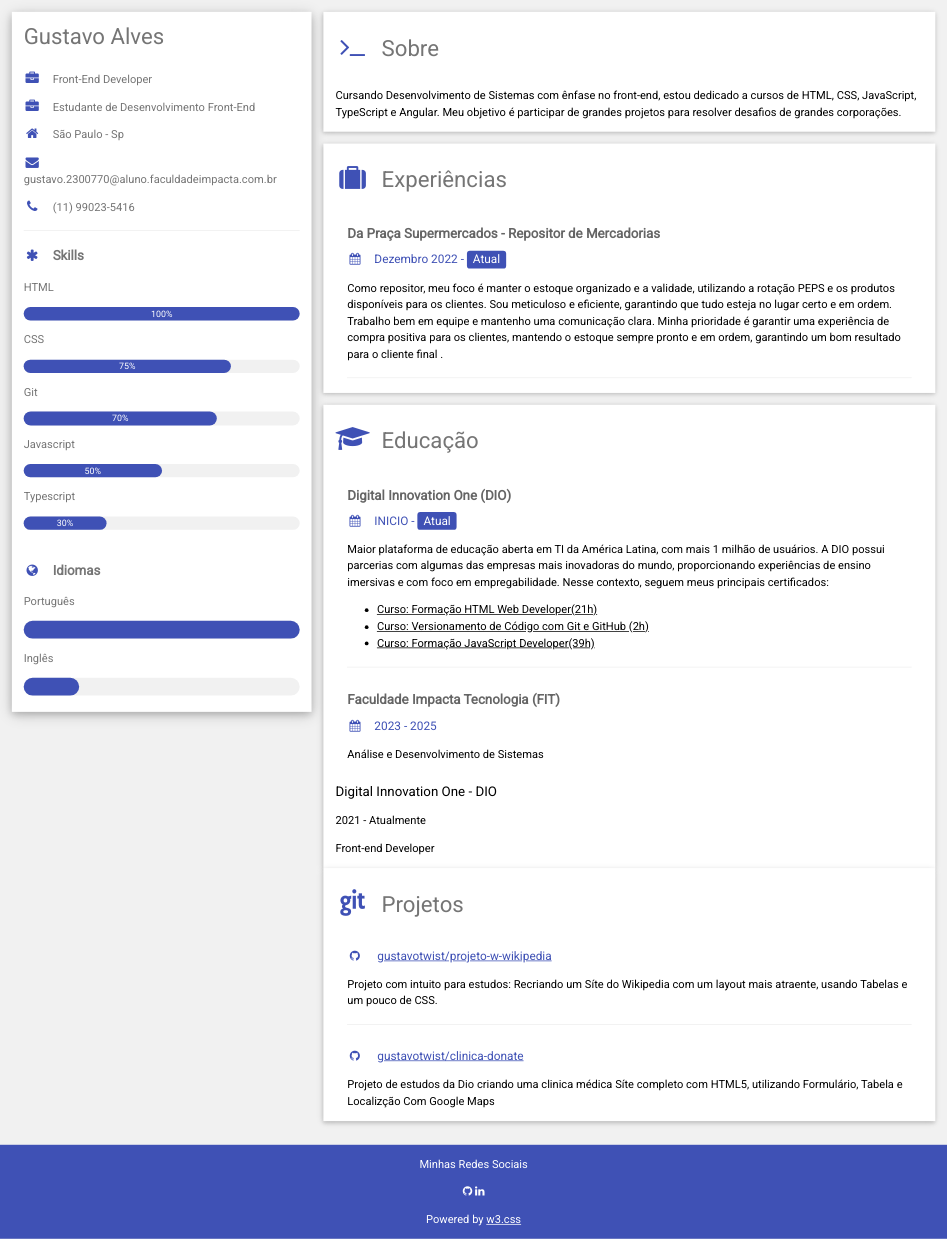
Repository: gustavotwist/cv
Page: index.html
An editor plug-in stored every save of this project. The page is shown before and after the next save, followed by the edit.
The browser window is 1280 px wide. The pictures show the whole page, at 74% of full size.

Above is the page before, as saved 2024-06-19 22:07:35.

### index.html
<!DOCTYPE html>
<!-- @falvojr: Reference article https://www.w3schools.com/howto/howto_website_create_resume.asp -->
<!-- @falvojr: Useful link to use fontawesome (fa) icons: https://fontawesome.com/v4/icons/ -->
<html lang="pt-BR">

  <head>
    <title>Gustavo Alves</title>

    <meta http-equiv="Content-Type" content="text/html; charset=UTF-8">
    <meta name="viewport" content="width=device-width, initial-scale=1">

    <link rel="stylesheet" href="https://www.w3schools.com/w3css/4/w3.css">
    <link rel='stylesheet' href='https://fonts.googleapis.com/css?family=Roboto'>
    <link rel="stylesheet" href="https://cdnjs.cloudflare.com/ajax/libs/font-awesome/4.7.0/css/font-awesome.min.css">

    <style>
      html,body,h1,h2,h3,h4,h5,h6 {font-family: "Roboto", sans-serif}
    </style>

  </head>

  <body class="w3-light-grey" cz-shortcut-listen="true">

    <!-- Page Container -->
    <div class="w3-content w3-margin-top" style="max-width:1400px;">

      <!-- The Grid -->
      <div class="w3-row-padding">

        <!-- Left Column -->
        <div class="w3-third">

          <div class="w3-white w3-text-grey w3-card-4">
            <!-- @falvojr: This container has been modified to not use a profile picture. -->
            <div class="w3-container">
              <h2>Gustavo Alves</h2>
            </div>
            <div class="w3-container">
              <p><i class="fa fa-briefcase fa-fw w3-margin-right w3-large w3-text-indigo"></i>Front-End Developer</p>
              <p><i class="fa fa-briefcase fa-fw w3-margin-right w3-large w3-text-indigo"></i>Estudante de Desenvolvimento Front-End</p>
              <p><i class="fa fa-home fa-fw w3-margin-right w3-large w3-text-indigo"></i>São Paulo - Sp</p>
              <p><i class="fa fa-envelope fa-fw w3-margin-right w3-large w3-text-indigo"></i>gustavo.2300770@aluno.faculdadeimpacta.com.br</p>
              <p><i class="fa fa-phone fa-fw w3-margin-right w3-large w3-text-indigo"></i>(11) 99023-5416</p>
              <hr>

              <p class="w3-large">
                <b><i class="fa fa-asterisk fa-fw w3-margin-right w3-text-indigo"></i>Skills</b>
              </p>
              <p>HTML</p>
              <div class="w3-light-grey w3-round-xlarge w3-small">
                <div class="w3-container w3-center w3-round-xlarge w3-indigo" style="width:100%">100%</div>
              </div>
              <p>CSS</p>
              <div class="w3-light-grey w3-round-xlarge w3-small">
                <div class="w3-container w3-center w3-round-xlarge w3-indigo" style="width:75%">75%</div>
              </div>
              <p>Git</p>
              <div class="w3-light-grey w3-round-xlarge w3-small">
                <div class="w3-container w3-center w3-round-xlarge w3-indigo" style="width:70%">70%</div>
              </div>
              <p>Javascript</p>
              <div class="w3-light-grey w3-round-xlarge w3-small">
                <div class="w3-container w3-center w3-round-xlarge w3-indigo" style="width:50%">50%</div>
              </div>
              <p>Typescript</p>
              <div class="w3-light-grey w3-round-xlarge w3-small">
                <div class="w3-container w3-center w3-round-xlarge w3-indigo" style="width:30%">30%</div>
              </div>
              <br>
              <p class="w3-large w3-text-theme">
                <b><i class="fa fa-globe fa-fw w3-margin-right w3-text-indigo"></i>Idiomas</b>
              </p>
              <p>Português</p>
              <div class="w3-light-grey w3-round-xlarge">
                <div class="w3-round-xlarge w3-indigo" style="height:24px;width:100%"></div>
              </div>
              <p>Inglês</p>
              <div class="w3-light-grey w3-round-xlarge">
                <div class="w3-round-xlarge w3-indigo" style="height:24px;width:20%"></div>
              </div>
              <br>
            </div>
          </div><br>

          <!-- End Left Column -->
        </div>

        <!-- Right Column -->
        <div class="w3-twothird">

          <div class="w3-container w3-card w3-white w3-margin-bottom">
            <h2 class="w3-text-grey w3-padding-16"><i class="fa fa-terminal fa-fw w3-margin-right w3-xxlarge w3-text-indigo"></i>Sobre</h2>
            <p>Cursando Desenvolvimento de Sistemas com ênfase no front-end, estou dedicado a cursos de HTML, CSS, JavaScript, TypeScript e Angular. Meu objetivo é participar de grandes projetos para resolver desafios de grandes corporações.</p>
          </div>

          <div class="w3-container w3-card w3-white w3-margin-bottom">
            <h2 class="w3-text-grey w3-padding-16">
              <i class="fa fa-suitcase fa-fw w3-margin-right w3-xxlarge w3-text-indigo"></i>Experiências
            </h2>
            <div class="w3-container">
              <h5 class="w3-opacity"><b>Da Praça Supermercados - Repositor de Mercadorias</b></h5>
              <h6 class="w3-text-indigo"><i class="fa fa-calendar fa-fw w3-margin-right"></i>Dezembro 2022 - <span class="w3-tag w3-indigo w3-round">Atual</span></h6>
              <p>Como repositor, meu foco é manter o estoque organizado e a validade, utilizando a rotação PEPS e os produtos disponíveis para os clientes. Sou meticuloso e eficiente, garantindo que tudo esteja no lugar certo e em ordem. Trabalho bem em equipe e mantenho uma comunicação clara. Minha prioridade é garantir uma experiência de compra positiva para os clientes, mantendo o estoque sempre pronto e em ordem, garantindo um bom resultado para o cliente final .</p>
              <hr>
            </div>
          </div>

          <div class="w3-container w3-card w3-white">
            <h2 class="w3-text-grey w3-padding-16">
              <i class="fa fa-graduation-cap fa-fw w3-margin-right w3-xxlarge w3-text-indigo"></i>Educação
            </h2>
            <div class="w3-container">
              <h5 class="w3-opacity"><b>Digital Innovation One (DIO)</b></h5>
              <h6 class="w3-text-indigo"><i class="fa fa-calendar fa-fw w3-margin-right"></i>INICIO - <span class="w3-tag w3-indigo w3-round">Atual</span></h6>
              <p>
                Maior plataforma de educação aberta em TI da América Latina, com mais 1 milhão de usuários.
                A DIO possui parcerias com algumas das empresas mais inovadoras do mundo, proporcionando experiências
                de ensino imersivas e com foco em empregabilidade. Nesse contexto, seguem meus principais certificados:
              </p>
              <ul>
                <li><a href="https://www.dio.me/certificate/VDSNYTO5" target="_blank">Curso: Formação HTML Web Developer(21h)</a></li>
                <li><a href="https://www.dio.me/certificate/EA66CA6A" target="_blank">Curso: Versionamento de Código com Git e GitHub (2h)</a></li>
                <li><a href="https://www.dio.me/certificate/OST0WIWG" target="_blank">Curso: Formação JavaScript Developer(39h)</a></li>
              </ul>
              <hr>
            </div>
            <div class="w3-container">
              <h5 class="w3-opacity"><b>Faculdade Impacta Tecnologia (FIT)</b></h5>
              <h6 class="w3-text-indigo"><i class="fa fa-calendar fa-fw w3-margin-right"></i>2023 - 2025</h6>
              <p>Análise e Desenvolvimento de Sistemas</p>
            </div>
            <div>
              <h5 class="title school">Digital Innovation One - DIO</h5>
              <p class="period">2021 - Atualmente</p>
              <p>Front-end Developer</p>

            </div>
          </div>

          <div class="w3-container w3-card w3-white w3-margin-bottom">
            <h2 class="w3-text-grey w3-padding-16">
              <i class="fa fa-git fa-fw w3-margin-right w3-xxlarge w3-text-indigo"></i>Projetos
            </h2>
            <div class="w3-container">
              <h6 class="w3-text-indigo">
                <i class="fa fa-github fa-fw w3-margin-right"></i>
                <a href="https://github.com/gustavotwist/projeto-w-wikipedia" target="_blank">gustavotwist/projeto-w-wikipedia</a>
              </h6>
              <p>Projeto com intuito para estudos: Recriando um Síte do Wikipedia com um layout mais atraente, usando Tabelas e um pouco de CSS.</p>
              <hr>
            </div>
            <div class="w3-container">
              <h6 class="w3-text-indigo">
                <i class="fa fa-github fa-fw w3-margin-right"></i>
                <a href="https://github.com/gustavotwist/clinica-donate" target="_blank">gustavotwist/clinica-donate</a>
              </h6>
              <p>Projeto de estudos da Dio criando uma clinica médica Síte completo com HTML5, utilizando Formulário, Tabela e Localizção Com Google Maps</p>
            </div>
          </div>

          <!-- End Right Column -->
        </div>

        <!-- End Grid -->
      </div>

      <!-- End Page Container -->
    </div>

    <footer class="w3-container w3-indigo w3-center w3-margin-top">
      <p>Minhas Redes Sociais</p>
      <a href="https://github.com/gustavotwist" target="_blank"><i class="fa fa-github w3-hover-opacity"></i></a>
      <a href="https://www.linkedin.com/in/gustavoalves7/" target="_blank"><i class="fa fa-linkedin w3-hover-opacity"></i></a>
      <p>Powered by <a href="https://www.w3schools.com/w3css/default.asp" target="_blank">w3.css</a></p>
    </footer>

  </body>

</html>

After the next save:
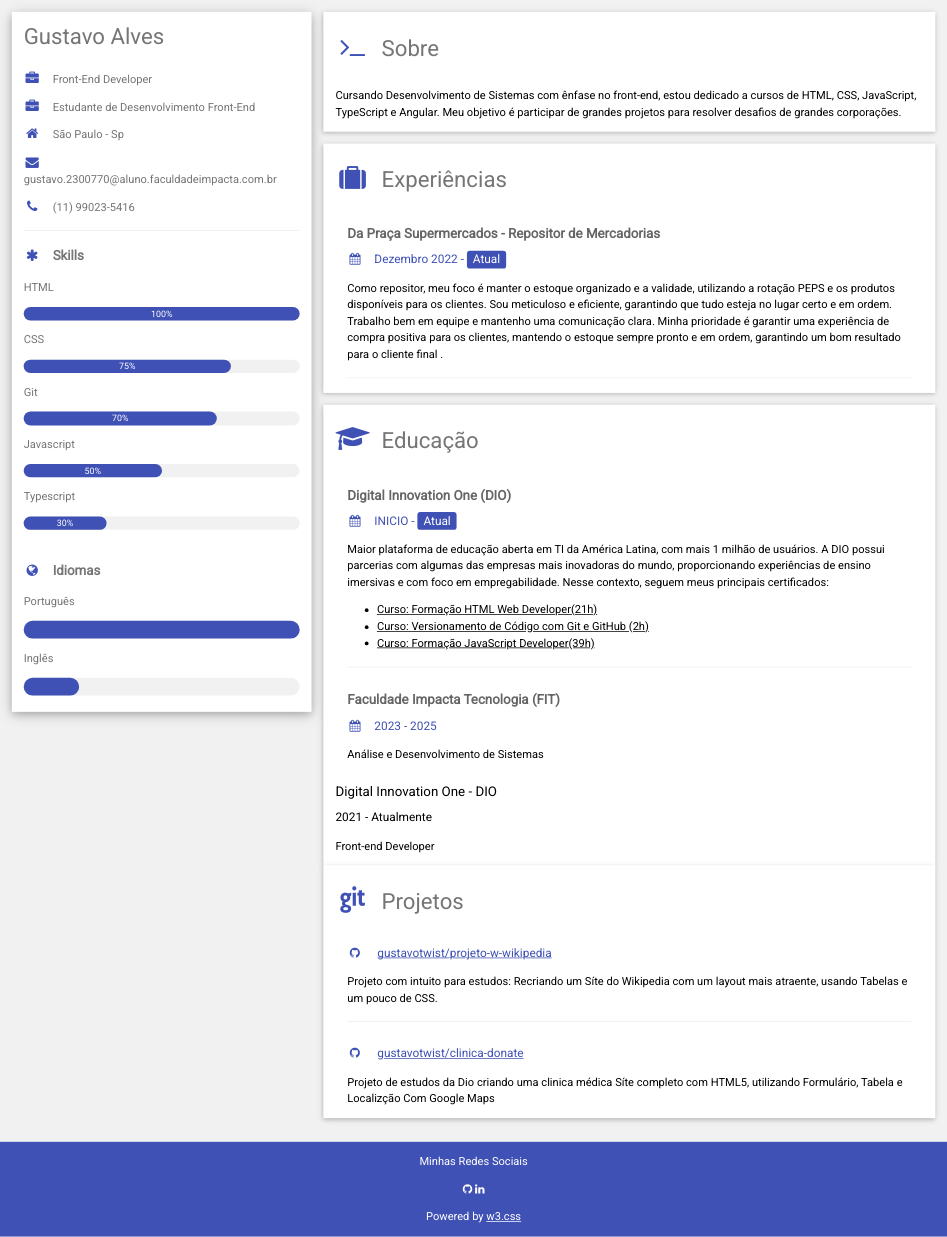
Saved 18 s later.
--- a/index.html
+++ b/index.html
@@ -131,7 +131,7 @@
             </div>
             <div>
               <h5 class="title school">Digital Innovation One - DIO</h5>
-              <p class="period">2021 - Atualmente</p>
+              <h6 class="period">2021 - Atualmente</h6>
               <p>Front-end Developer</p>
 
             </div>
